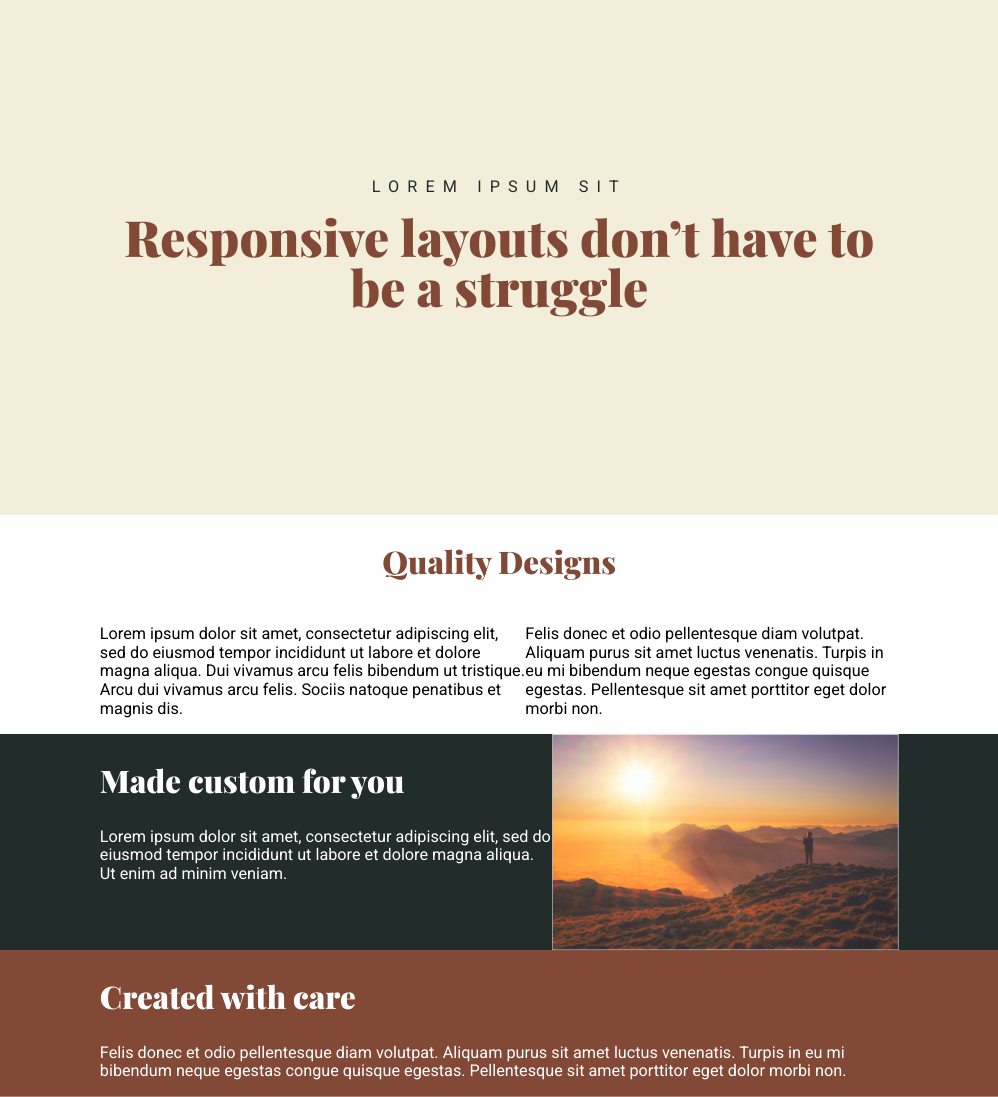
Repository: GregG21/Kevin-Powell-21-day-challange
Page: Day 12/index.html
The author's editor kept a copy of each file at every save. The page is drawn from the files as they stood at one save, then again after the next save.
The browser window is 1280 px wide. The pictures show the whole page, at 78% of full size.
The style sheet was rebuilt from its Sass, Less or Tailwind sources for each picture, by a compiler version that may differ from the author's.

Above is the page before, as saved 2020-09-11 20:46:16.

After the next save:
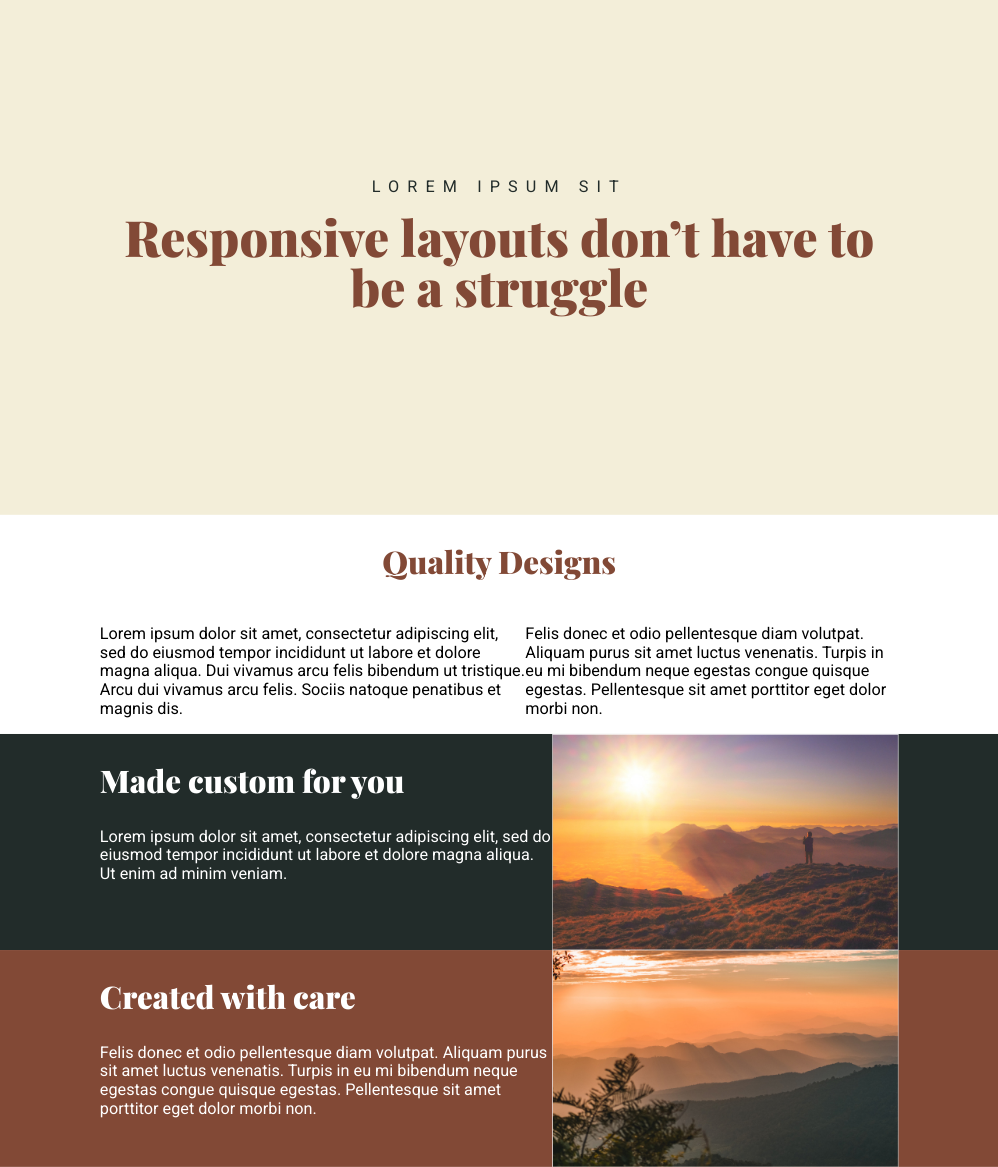
Saved 13 s later.
--- a/Day 12/index.html
+++ b/Day 12/index.html
@@ -67,6 +67,8 @@
           non.
           </p>
         </div>
+        <img src="/image-02.jpg" alt="sunset" />
+
         </div>
       </section>
     </main>
